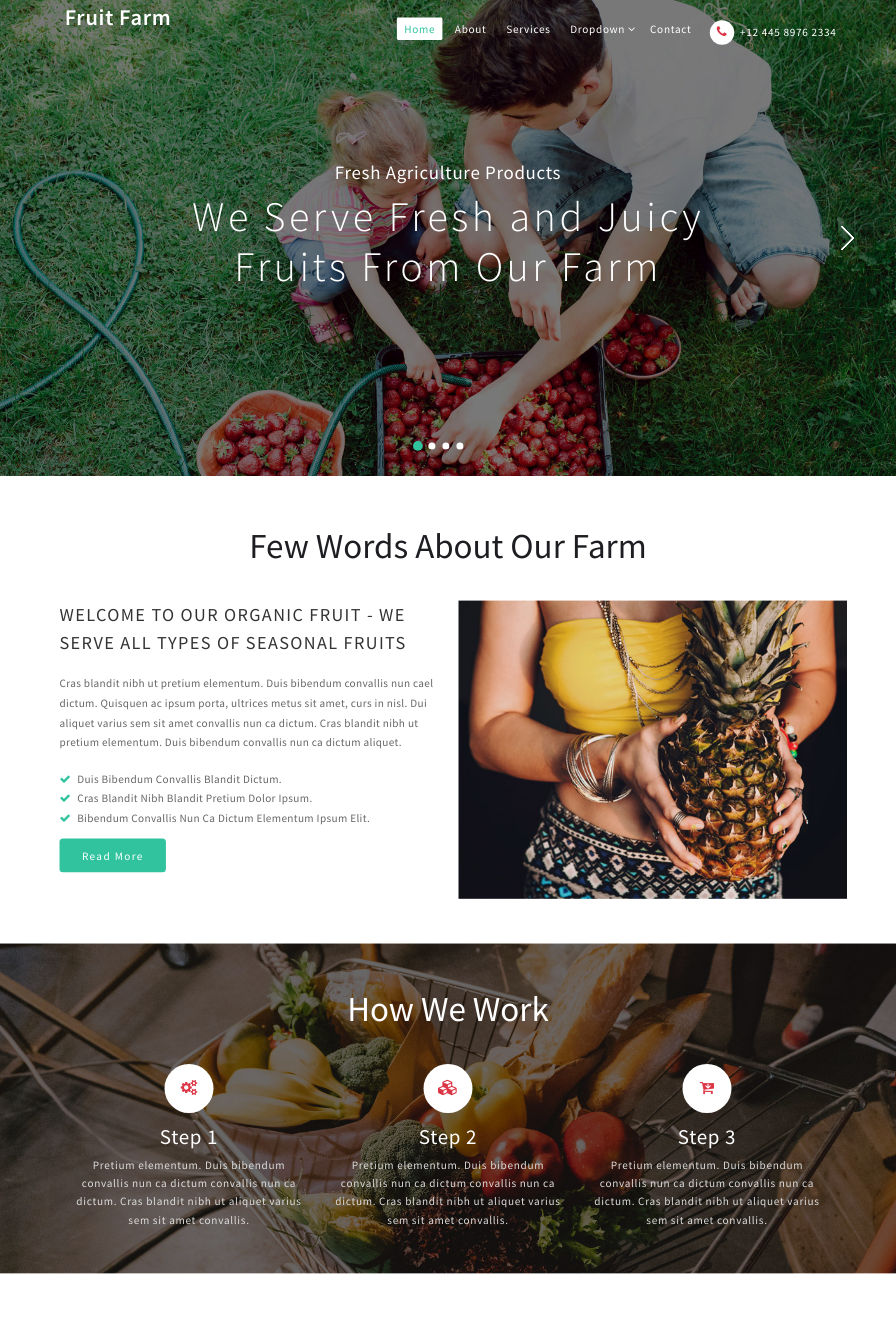
Repository: httpamit/SP-Food
Page: index.html
These files come from the project's save history. The page is drawn as it stood at one moment and after the next save; the edit follows.
The browser window is 1280 px wide. The pictures show the part of the page from y = 0 to 1920 px (the page is 4839 px tall), at 70% of full size.
Backgrounds fixed to the window are drawn as part of the page.

Above is the page before, as saved 2019-02-07 23:09:46.

After the next save:
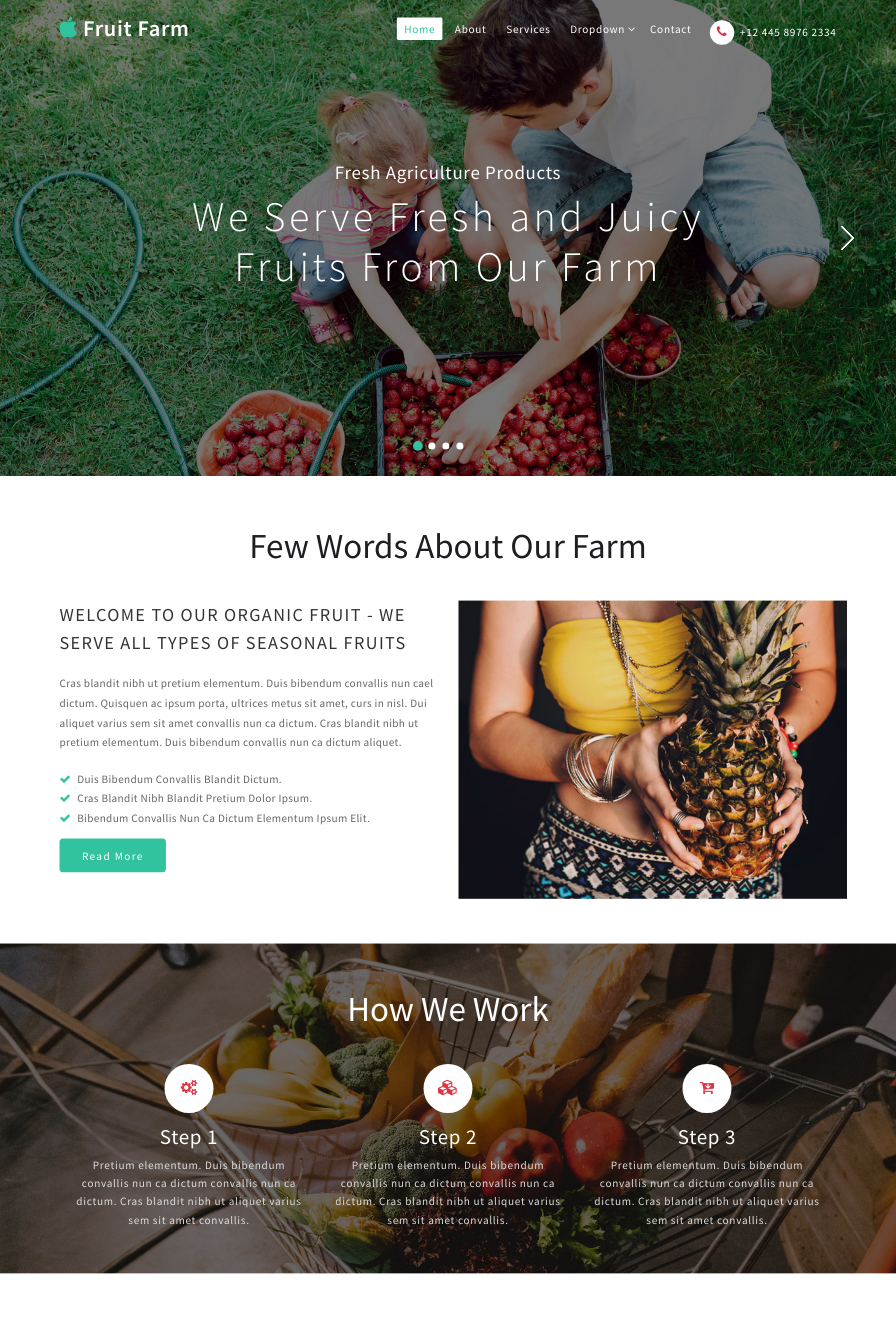
Saved 21 s later.
--- a/index.html
+++ b/index.html
@@ -38,7 +38,7 @@
 	<div class="container" id="home">
 		<nav class="">
 			<div id="logo">
-				<h1> <a href="index.html" class="editContent" data-selector=".editContent"><span class="fa fa-apple-alt"></span> Fruit Farm</a></h1>
+				<h1> <a href="index.html" class="editContent" data-selector=".editContent"><span class="fa fa-apple"></span> Fruit Farm</a></h1>
 			</div>
 			<div class="mx-auto">
 				<label for="drop" class="toggle mt-lg-0 mt-3">Menu</label>
